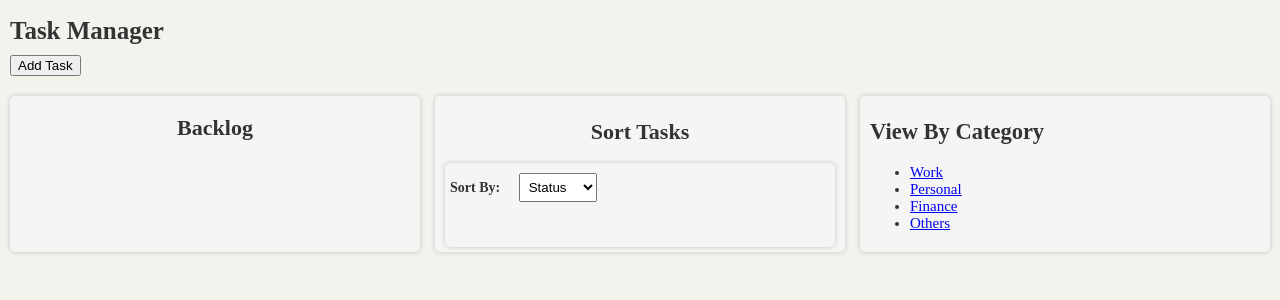
Repository: n-shen/task-tracker
Page: / (app in frontend/)
The author's editor kept a copy of each file at every save. The page is drawn from the files as they stood at one save, then again after the next save.
The browser window is 1280 px wide. The pictures show the whole page.
The project was rebuilt for these pictures with package versions that can differ from the ones it lists, and the page was loaded fresh each time. Also part of the build but not shown: frontend/src/components/taskManager/addTask.jsx, frontend/src/components/tasks/task.jsx, frontend/src/components/taskManager/categoryTasks.jsx. Imported but missing from the stored project, and not drawn on this page: frontend/src/reportWebVitals.

Above is the page before, as saved 2023-04-20 14:16:28.

After the next save:
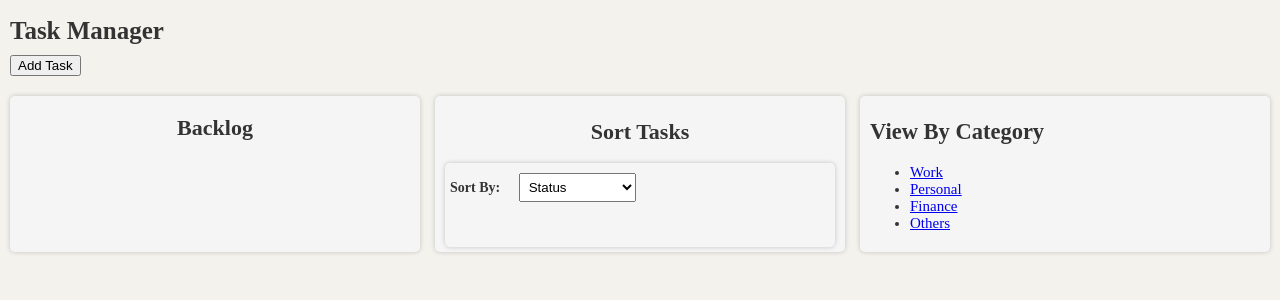
Saved 7 s later.
--- a/frontend/src/styles/sortTasks.css
+++ b/frontend/src/styles/sortTasks.css
@@ -35,7 +35,7 @@
 }
 
 select {
-  width: 20%;
+  width: 30%;
   padding: .5rem;
   margin-left: 1rem;
 }
